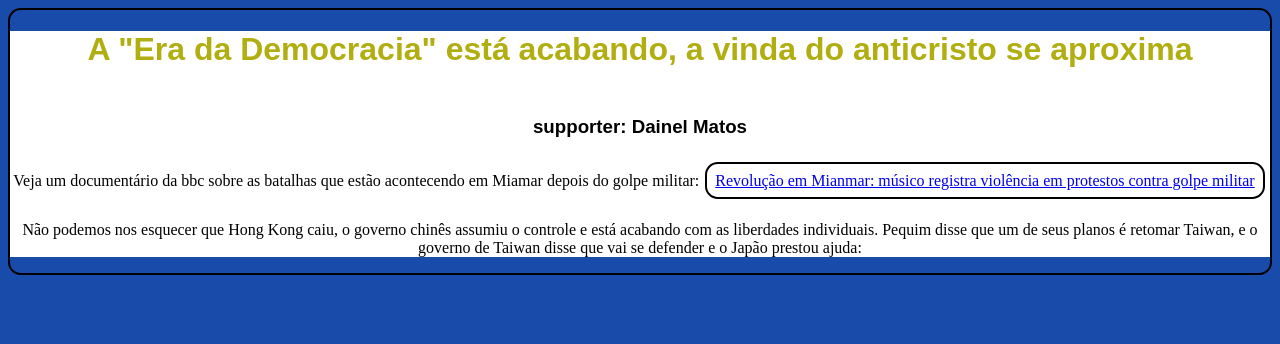
Repository: batmit/FutureFundation.github.io-1
Page: menu/support/support.html
These files come from the project's save history. The page is drawn as it stood at one moment and after the next save; the edit follows.
The browser window is 1280 px wide. The pictures show the whole page.

Above is the page before, as saved 2021-07-09 18:59:28.

After the next save:
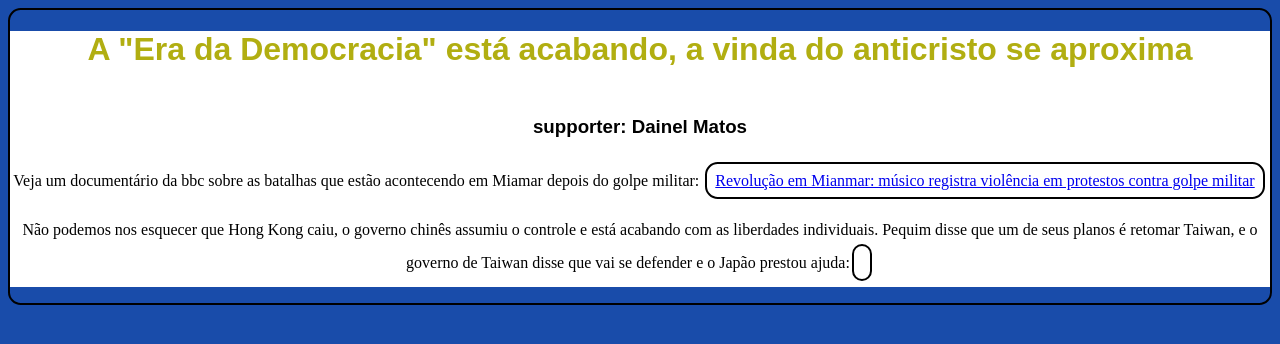
Saved 26 s later.
--- a/menu/support/support.html
+++ b/menu/support/support.html
@@ -17,7 +17,7 @@
         <p>Veja um documentário da bbc sobre as batalhas que estão acontecendo em Miamar depois do golpe militar: <a href="https://www.youtube.com/watch?v=fwTrH5bEX48">Revolução em Mianmar: músico registra violência em protestos contra golpe militar
         </a></p>
 
-        <p>Não podemos nos esquecer que Hong Kong caiu, o governo chinês assumiu o controle e está acabando com as liberdades individuais. Pequim disse que um de seus planos é retomar Taiwan, e o governo de Taiwan disse que vai se defender e o Japão prestou ajuda: </p>
+        <p>Não podemos nos esquecer que Hong Kong caiu, o governo chinês assumiu o controle e está acabando com as liberdades individuais. Pequim disse que um de seus planos é retomar Taiwan, e o governo de Taiwan disse que vai se defender e o Japão prestou ajuda: <a href="https://www.cnnbrasil.com.br/internacional/2021/07/06/vice-primeiro-ministro-japones-fala-sobre-defesa-de-taiwan-e-irrita-china"></a></p>
 
 
 
